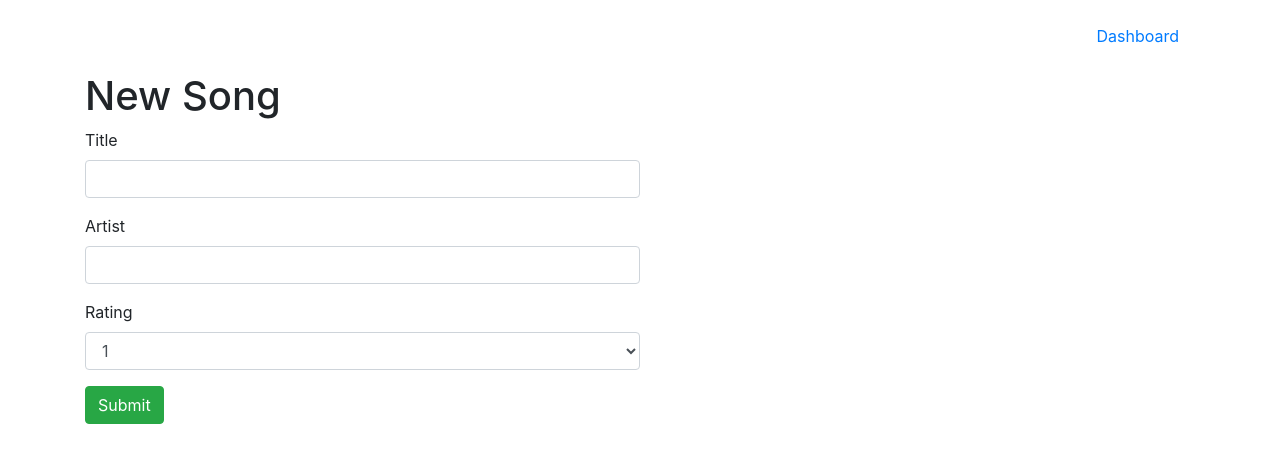
Repository: ACow3/java
Page: http://localhost/lookify/WEB-INF/lookify/new.jsp
An editor plug-in stored every save of this project. The page is shown before and after the next save, followed by the edit.
The browser window is 1280 px wide. The pictures show the whole page.
The page is served by Tomcat 9. Nobody is signed in. Other server files are loaded and not shown. The template is opened directly, without the code that normally fills it, so the values that code supplies are empty.

Above is the page before, as saved 2019-08-15 21:20:54.

### java_spring/lookify/src/main/webapp/WEB-INF/lookify/new.jsp
<%@ page language="java" contentType="text/html; charset=UTF-8"
	pageEncoding="UTF-8"%>
<%@ page isErrorPage="true"%>
<%@ taglib prefix="form" uri="http://www.springframework.org/tags/form"%>
<link rel="stylesheet"
	href="https://stackpath.bootstrapcdn.com/bootstrap/4.3.1/css/bootstrap.min.css"
	integrity="sha384-ggOyR0iXCbMQv3Xipma34MD+dH/1fQ784/j6cY/iJTQUOhcWr7x9JvoRxT2MZw1T"
	crossorigin="anonymous">
<!DOCTYPE html>
<html>
<head>
<meta charset="UTF-8">
<title>New Song</title>
</head>
<body>
	<div class="container">
		<nav class="navbar navbar-expand-lg navbar-light bg-white mt-3 mb-3">
			<a class="navbar-brand" href="#"></a>
			<button class="navbar-toggler" type="button" data-toggle="collapse"
				data-target="#navbarTogglerDemo02"
				aria-controls="navbarTogglerDemo02" aria-expanded="false"
				aria-label="Toggle navigation">
				<span class="navbar-toggler-icon"></span>
			</button>

			<div class="collapse navbar-collapse" id="navbarTogglerDemo02">
				<ul class="navbar-nav mr-auto mt-2 mt-lg-0">
					<li class="nav-item active"><a class="nav-link"
						href="/songs/new"><span class="sr-only">(current)</span>
					</a></li>
					<li class="nav-item"><a class="nav-link" href="#"></a></li>
				</ul>
				<a class="form-inline my-2 my-lg-0" href="/dashboard">Dashboard</a>

			</div>
		</nav>

		<h1>New Song</h1>
		<form:form action="/songs/process" method="post" modelAttribute="song">
			<p>
				<form:label path="name">Title</form:label>
				<form:errors path="name" />
				<form:input path="name" class="form-control col-6" />
			</p>
			<p>
				<form:label path="artist">Artist</form:label>
				<form:errors path="artist" />
				<form:input path="artist" class="form-control col-6" />
			</p>
			<p>
				<form:label path="rating">Rating</form:label>
				<form:errors path="rating" />
				<form:select class="form-control col-6" path="rating">
					<option>1</option>
					<option>2</option>
					<option>3</option>
					<option>4</option>
					<option>5</option>
					<option>6</option>
					<option>7</option>
					<option>8</option>
					<option>9</option>
					<option>10</option>
				</form:select>
			</p>

			<input type="submit" class="btn btn-success" value="Submit" />
		</form:form>
	</div>

</body>
</html>

After the next save:
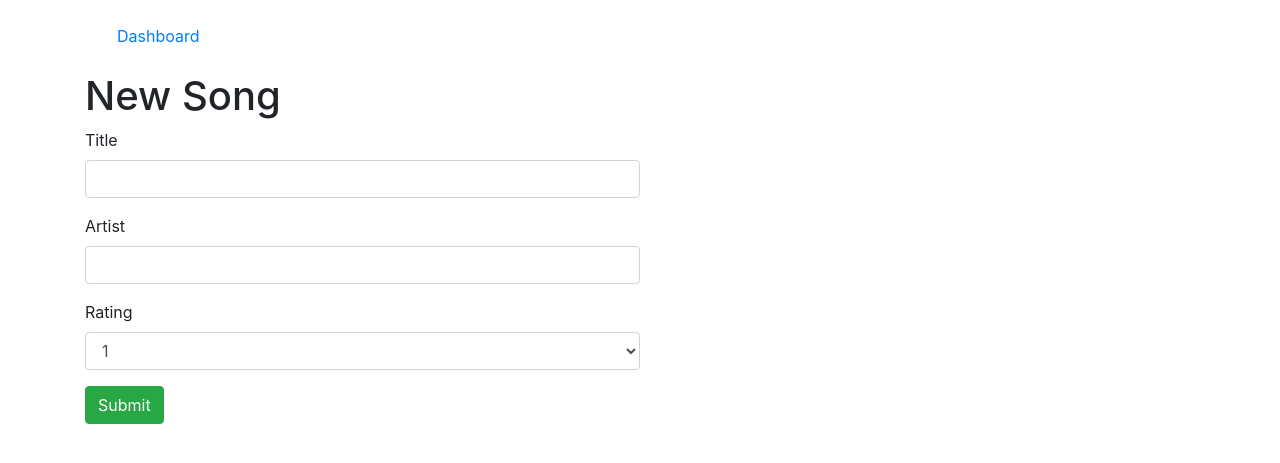
Saved 25 s later.
--- a/java_spring/lookify/src/main/webapp/WEB-INF/lookify/new.jsp
+++ b/java_spring/lookify/src/main/webapp/WEB-INF/lookify/new.jsp
@@ -24,12 +24,12 @@
 			</button>
 
 			<div class="collapse navbar-collapse" id="navbarTogglerDemo02">
-				<ul class="navbar-nav mr-auto mt-2 mt-lg-0">
+<!-- 				<ul class="navbar-nav mr-auto mt-2 mt-lg-0">
 					<li class="nav-item active"><a class="nav-link"
 						href="/songs/new"><span class="sr-only">(current)</span>
 					</a></li>
 					<li class="nav-item"><a class="nav-link" href="#"></a></li>
-				</ul>
+				</ul> -->
 				<a class="form-inline my-2 my-lg-0" href="/dashboard">Dashboard</a>
 
 			</div>

After the save that followed:
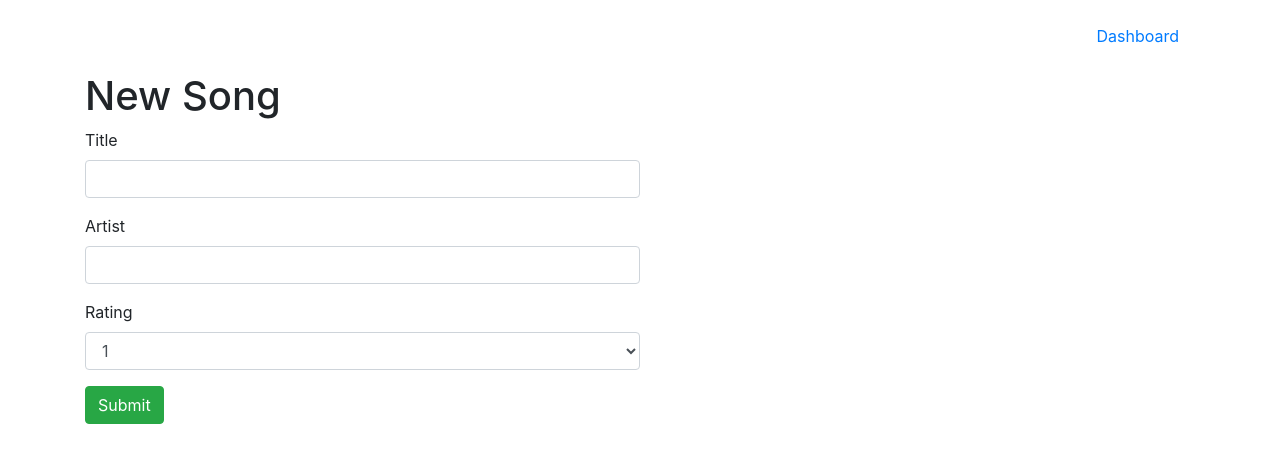
Saved 9 s later.
--- a/java_spring/lookify/src/main/webapp/WEB-INF/lookify/new.jsp
+++ b/java_spring/lookify/src/main/webapp/WEB-INF/lookify/new.jsp
@@ -24,12 +24,12 @@
 			</button>
 
 			<div class="collapse navbar-collapse" id="navbarTogglerDemo02">
-<!-- 				<ul class="navbar-nav mr-auto mt-2 mt-lg-0">
+				<ul class="navbar-nav mr-auto mt-2 mt-lg-0">
 					<li class="nav-item active"><a class="nav-link"
 						href="/songs/new"><span class="sr-only">(current)</span>
 					</a></li>
 					<li class="nav-item"><a class="nav-link" href="#"></a></li>
-				</ul> -->
+				</ul>
 				<a class="form-inline my-2 my-lg-0" href="/dashboard">Dashboard</a>
 
 			</div>
